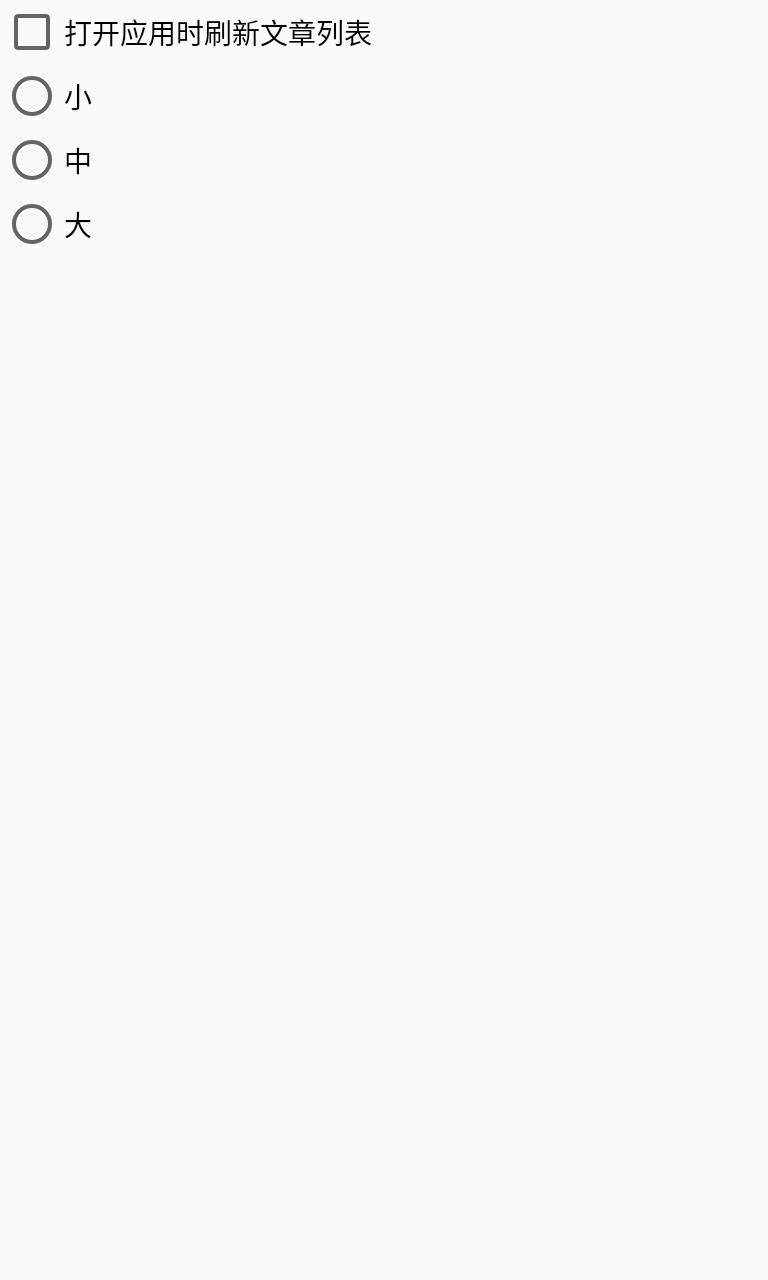
Repository: xdrush/MyRssReader
Layout: MyRssReader/res/layout/setting_show.xml
The author's editor kept a copy of each file at every save. The layout is drawn from the files as they stood at one save, then again after the next save.
It is drawn on a 768 x 1280 px phone screen (xhdpi) without system bars, with theme AppTheme; the app's code is not run.

Above is the layout before, as saved 2015-07-29 03:49:10.

### MyRssReader/res/layout/setting_show.xml
<?xml version="1.0" encoding="utf-8"?>
<LinearLayout xmlns:android="http://schemas.android.com/apk/res/android"
    android:layout_width="wrap_content"
    android:layout_height="wrap_content"
    android:orientation="vertical" >

    <RelativeLayout
        android:layout_width="fill_parent"
        android:layout_height="wrap_content"
        android:gravity="left" >

        <CheckBox
    	android:id="@+id/checkbox1"
    	android:layout_height="wrap_content"
    	android:layout_width="wrap_content"
    	android:text="打开应用时刷新文章列表" />
    </RelativeLayout>

    <RelativeLayout
        android:layout_width="fill_parent"
        android:layout_height="wrap_content"
        android:gravity="left" >

		<RadioGroup
			android:id="@+id/text_size"
			android:layout_height="wrap_content"
			android:layout_width="wrap_content">

			<RadioButton
                android:id="@+id/text_small"
                android:layout_height="wrap_content"
                android:layout_width="wrap_content"
                android:text="小" ></RadioButton>
            <RadioButton
                android:id="@+id/text_medium"
                android:layout_height="wrap_content"
                android:layout_width="wrap_content"
                android:text="中" ></RadioButton>
            <RadioButton
                android:id="@+id/text_big"
                android:layout_height="wrap_content"
                android:layout_width="wrap_content"
                android:text="大" ></RadioButton>
		</RadioGroup>
    </RelativeLayout>

</LinearLayout>

Loaded but not shown: MyRssReader/res/values/styles.xml (common file); MyRssReader/res/values-v11/styles.xml (common file); MyRssReader/res/values-v14/styles.xml (common file)

After the next save:
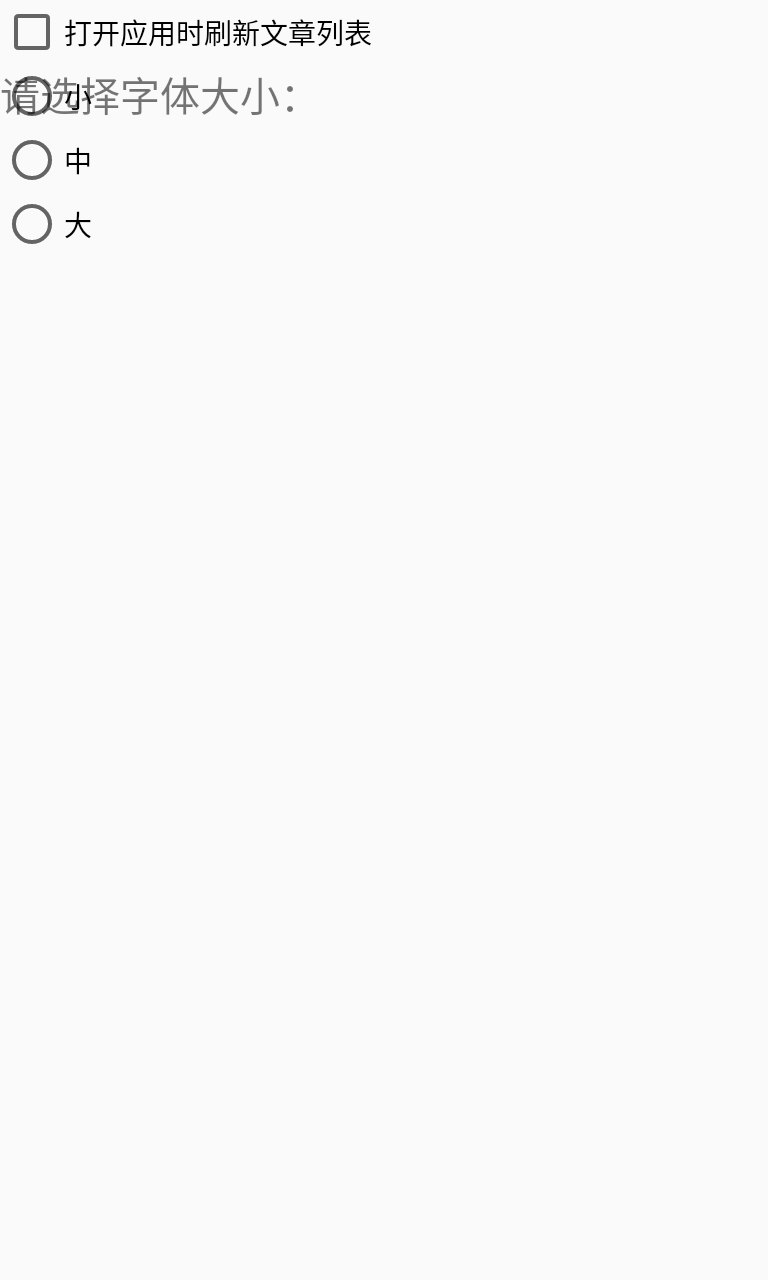
Saved 2 min 4 s later.
--- a/MyRssReader/res/layout/setting_show.xml
+++ b/MyRssReader/res/layout/setting_show.xml
@@ -20,6 +20,13 @@
         android:layout_width="fill_parent"
         android:layout_height="wrap_content"
         android:gravity="left" >
+
+        <TextView
+      		android:layout_width="fill_parent"
+      		android:layout_height="wrap_content"
+     		android:text="请选择字体大小："
+     		android:textSize="9pt" />
+
 
 		<RadioGroup
 			android:id="@+id/text_size"
